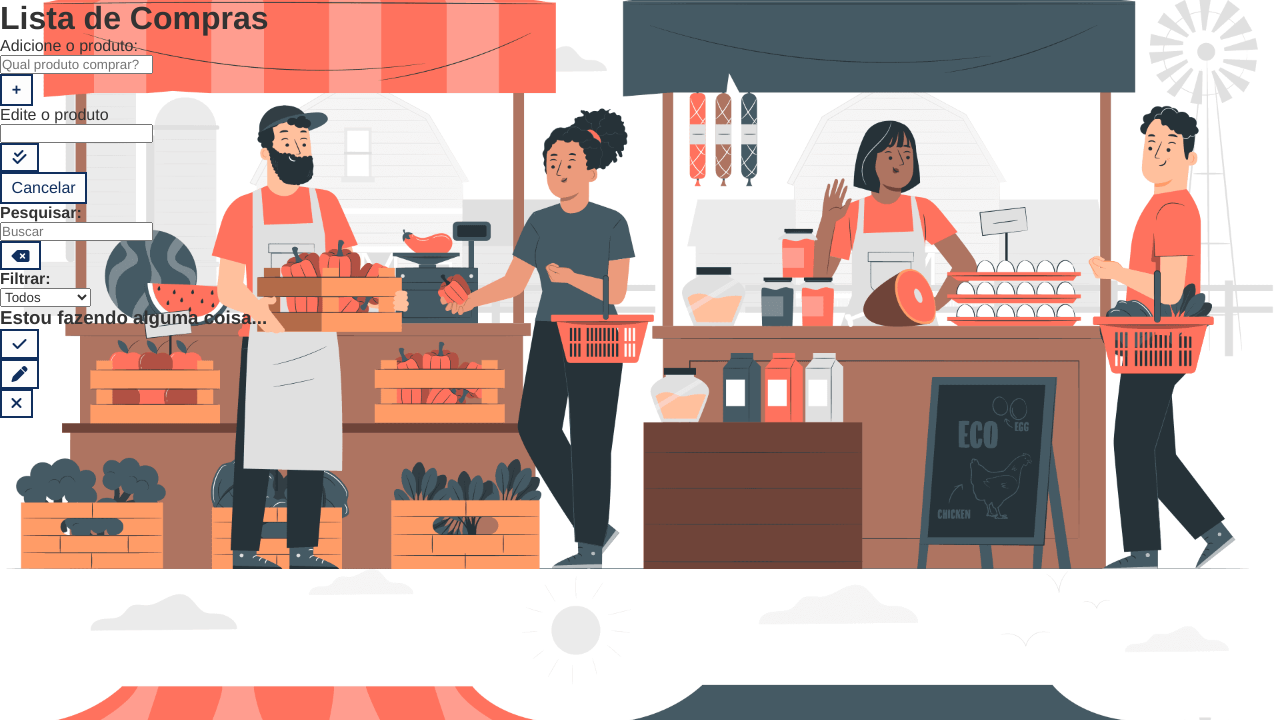
Repository: Dkrvalho/mercado
Page: index.html
An editor plug-in stored every save of this project. The page is shown before and after a run of saves, followed by the edit.
The browser window is 1280 px wide. The pictures show the whole page.

Above is the page before, as saved 2023-01-09 12:45:44.

After the next 5 saves:
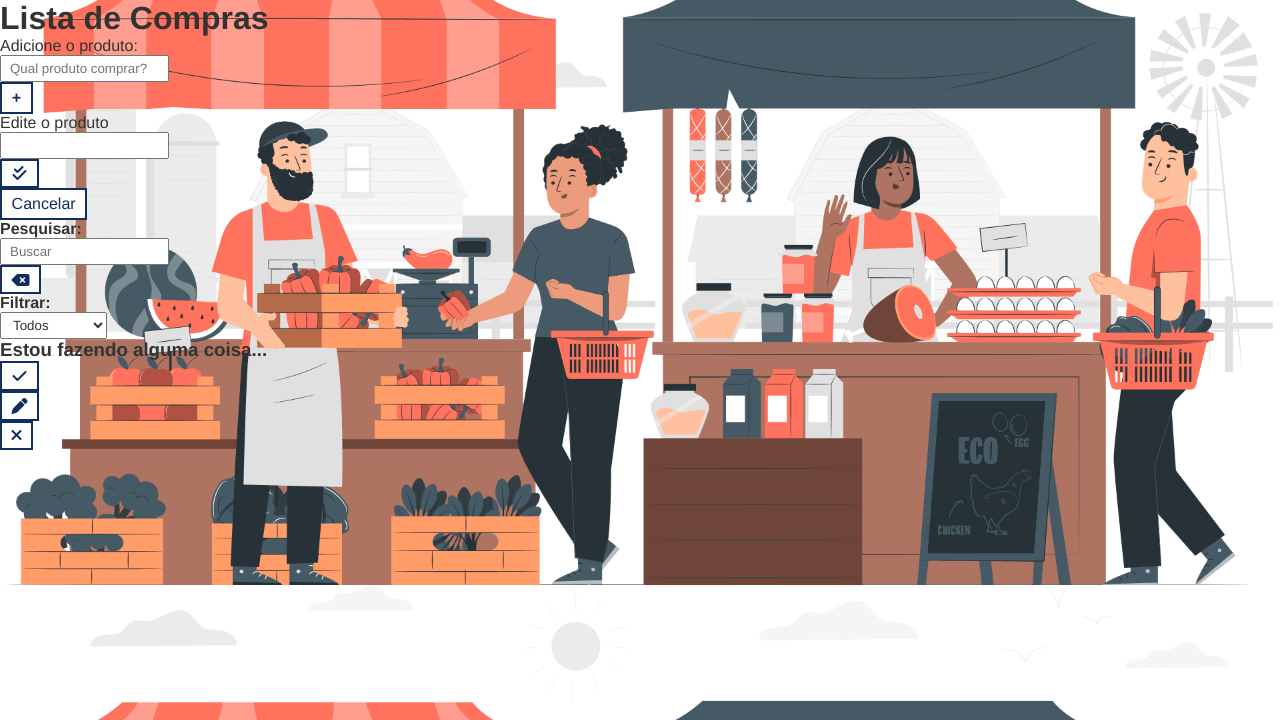
The 5 saves are shown as one change because they came seconds apart.
The last was saved 17 s later.
--- a/css/style.css
+++ b/css/style.css
@@ -42,5 +42,5 @@ button i {
 }
 
 input, select {
-
+    padding: .25rem .5rem;
 }
